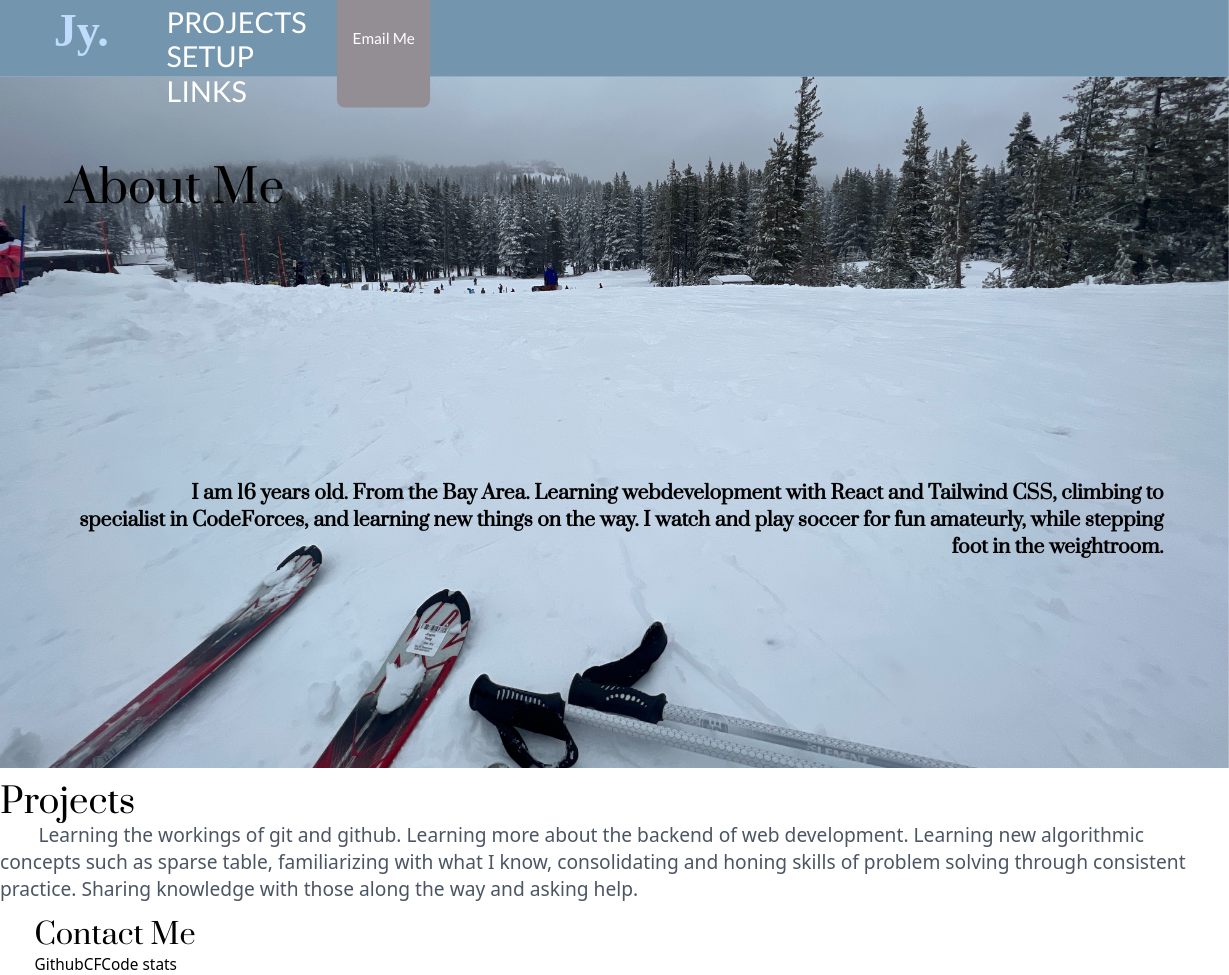
Repository: joshuayanggithub/joshua-yang-website
Page: /
These files come from the project's save history. The page is drawn as it stood at one moment and after a run of saves; the edit follows.
The browser window is 1280 px wide. The pictures show the whole page, at 96% of full size.
Some web fonts or font styles are not loaded; a fallback is used. The project was rebuilt for these pictures with package versions that can differ from the ones it lists, and the page was loaded fresh each time.

Above is the page before, as saved 2023-01-08 03:07:55.

After the next 2 saves:
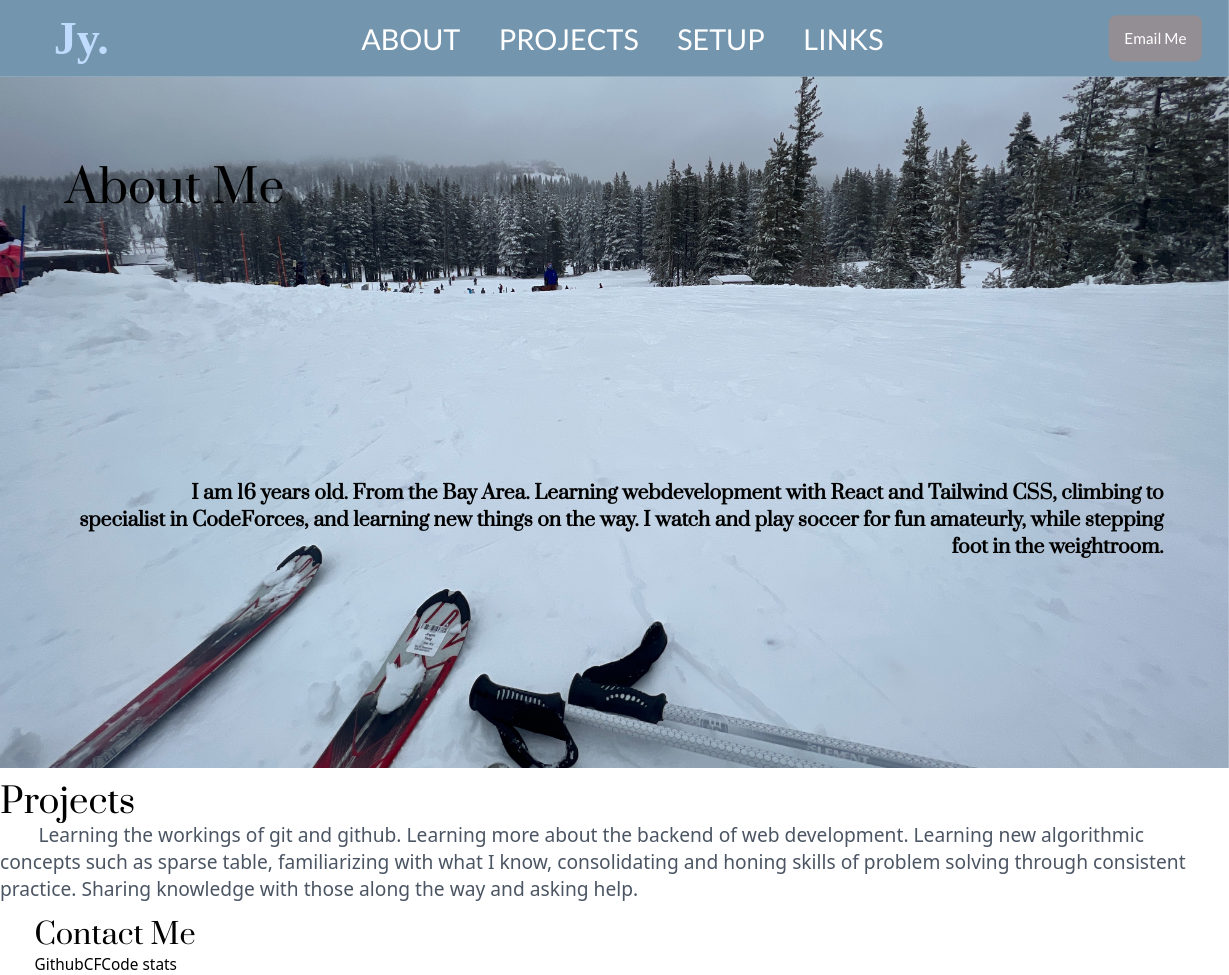
The 2 saves are shown as one change because they came seconds apart.
The last was saved 20 s later.
--- a/src/components/NavBar.jsx
+++ b/src/components/NavBar.jsx
@@ -30,20 +30,18 @@ const NavBar = () => {
         {nav ? <AiOutlineMenu> size={40}</AiOutlineMenu>: null}
       </div>
 
-      <div class={!nav ? 'hidden' : "flex items-center justify-between w-full"}>
-        <div class="hidden md:flex">
-          <h1 class="font-cursive text-5xl font-bold text-blue-200 m-10">Jy.</h1>
-          <ul class="">
-            {
-              links.map((link) =>
-                <li key={link.id}>
-                  <a href='#About' class="text-3xl text-white px-5 hover:bg-sasnavyblue hover:font-bold duration-300 uppercase font-navheader">{link.name}</a>
-                </li>
-              )
-            }
-          </ul>
-          <Button> Email Me </Button>
-        </div>
+      <div class={!nav ? 'hidden' : "hidden md:flex items-center justify-between w-full"}>
+        <h1 class="font-cursive text-5xl font-bold text-blue-200 m-10">Jy.</h1>
+        <ul class="hidden md:flex">
+          {
+            links.map((link) =>
+              <li key={link.id}>
+                <a href='#About' class="text-3xl text-white px-5 hover:bg-sasnavyblue hover:font-bold duration-300 uppercase font-navheader">{link.name}</a>
+              </li>
+            )
+          }
+        </ul>
+        <Button> Email Me </Button>
       </div>
 
       <div class={!nav ? 'fixed left-0 top-0 w-[30%] h-full border-r border-r-gray-600 bg-sasnavyblue ease-in duration-1000' : "fixed hidden"}>
